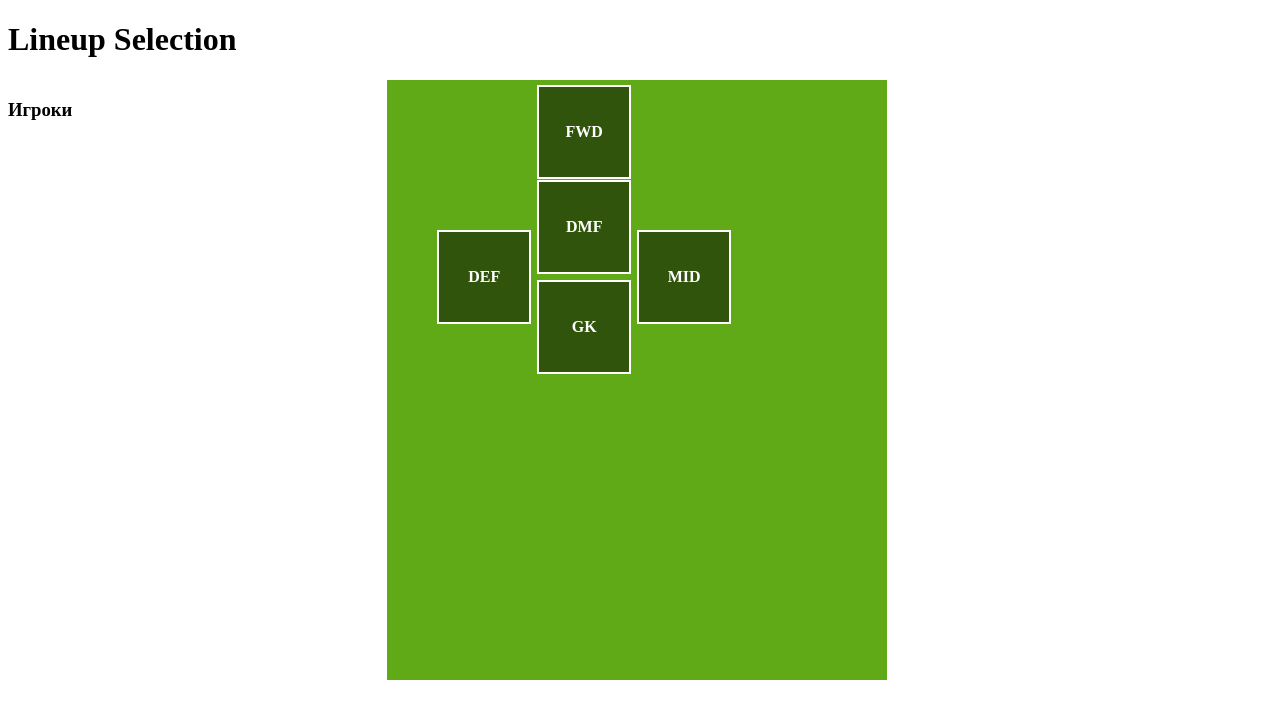
Repository: greatgreek73/soccergame
Page: http://localhost/lineup-selection/
The author's editor kept a copy of each file at every save. The page is drawn from the files as they stood at one save, then again after the next save.
The browser window is 1280 px wide. The pictures show the whole page.
Some web libraries are served in a nearby version. The page is served by the project's application, run on Django 4.2 (manage.py). A made-up administrator, testuser (Test User, test@example.com), is signed in. Queries for data that is not in the repository find no rows.

Above is the page before, as saved 2024-04-18 21:06:42.

After the next save:
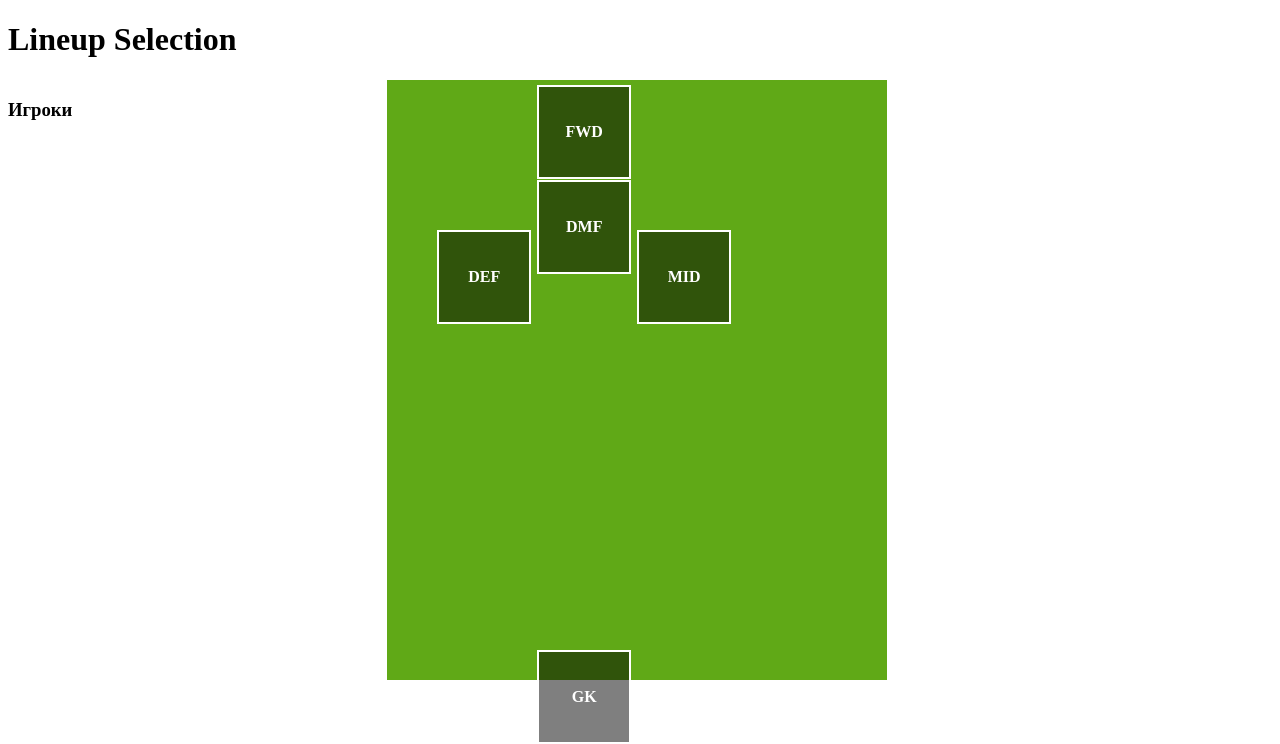
Saved 46 s later.
--- a/players/templates/lineup_selection.html
+++ b/players/templates/lineup_selection.html
@@ -177,7 +177,7 @@
         </div>
 
         <div id="field">
-            <div class="position" data-position="GK" style="top: 200px; left: 150px;">GK</div>
+            <div class="position" data-position="GK" style="top: 570px; left: 150px;">GK</div>
             <div class="position" data-position="DEF" style="top: 150px; left: 50px;">DEF</div>
             <div class="position" data-position="MID" style="top: 150px; left: 250px;">MID</div>
             <div class="position" data-position="FWD" style="top: 5px; left: 150px;">FWD</div>
